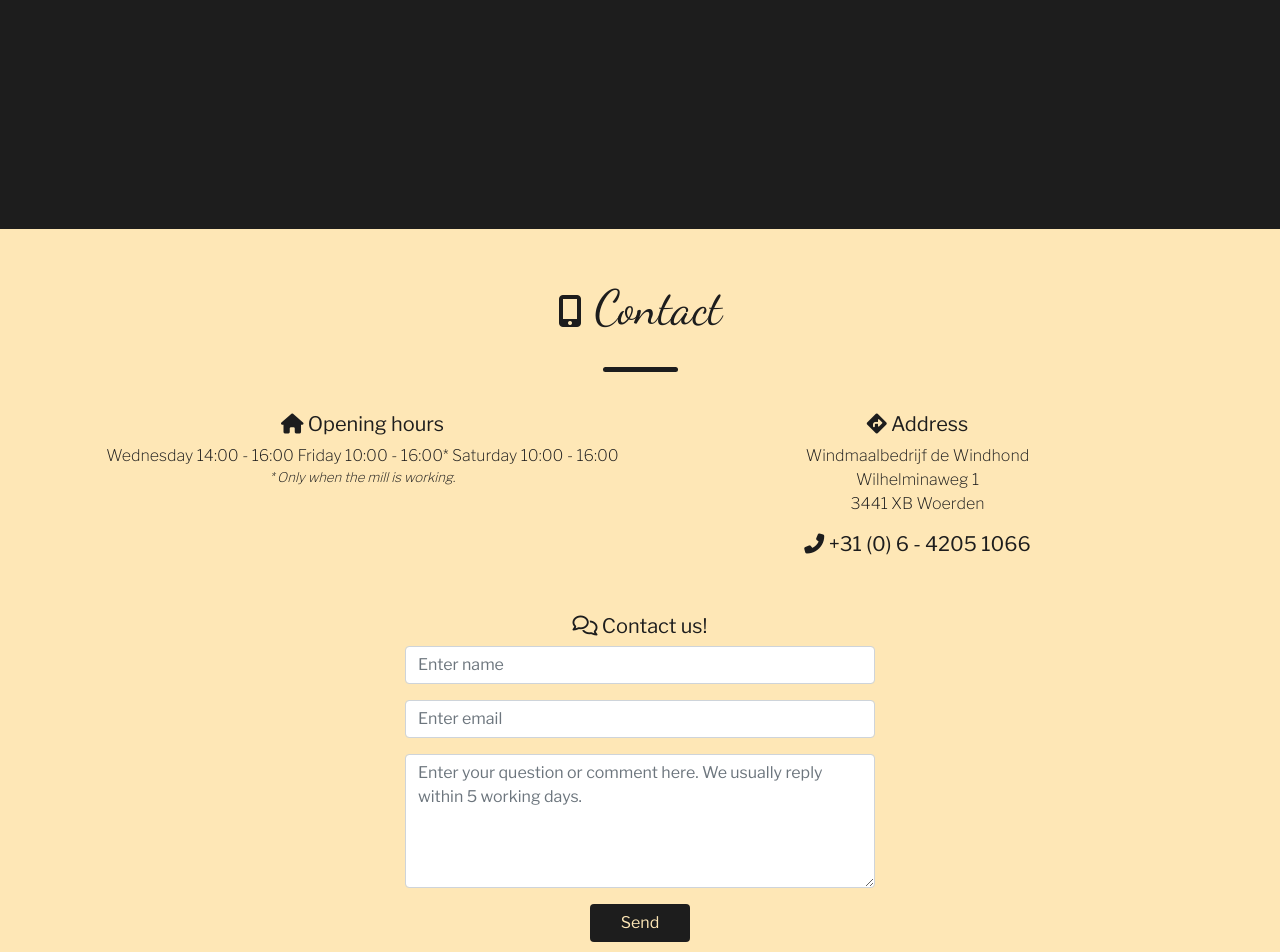
Repository: jdl208/DeWindhond
Page: index.html
The author's editor kept a record of every edit. The page is drawn from the files as they stood at one moment, then again after the next edit.
The browser window is 1280 px wide. The pictures show the part of the page from y = 2208 to 3160 px (the page is 3289 px tall).
Pictures or frames that could not be fetched are drawn as grey boxes. Some web libraries are served in a nearby version.

Above is the page before.

After the next edit:
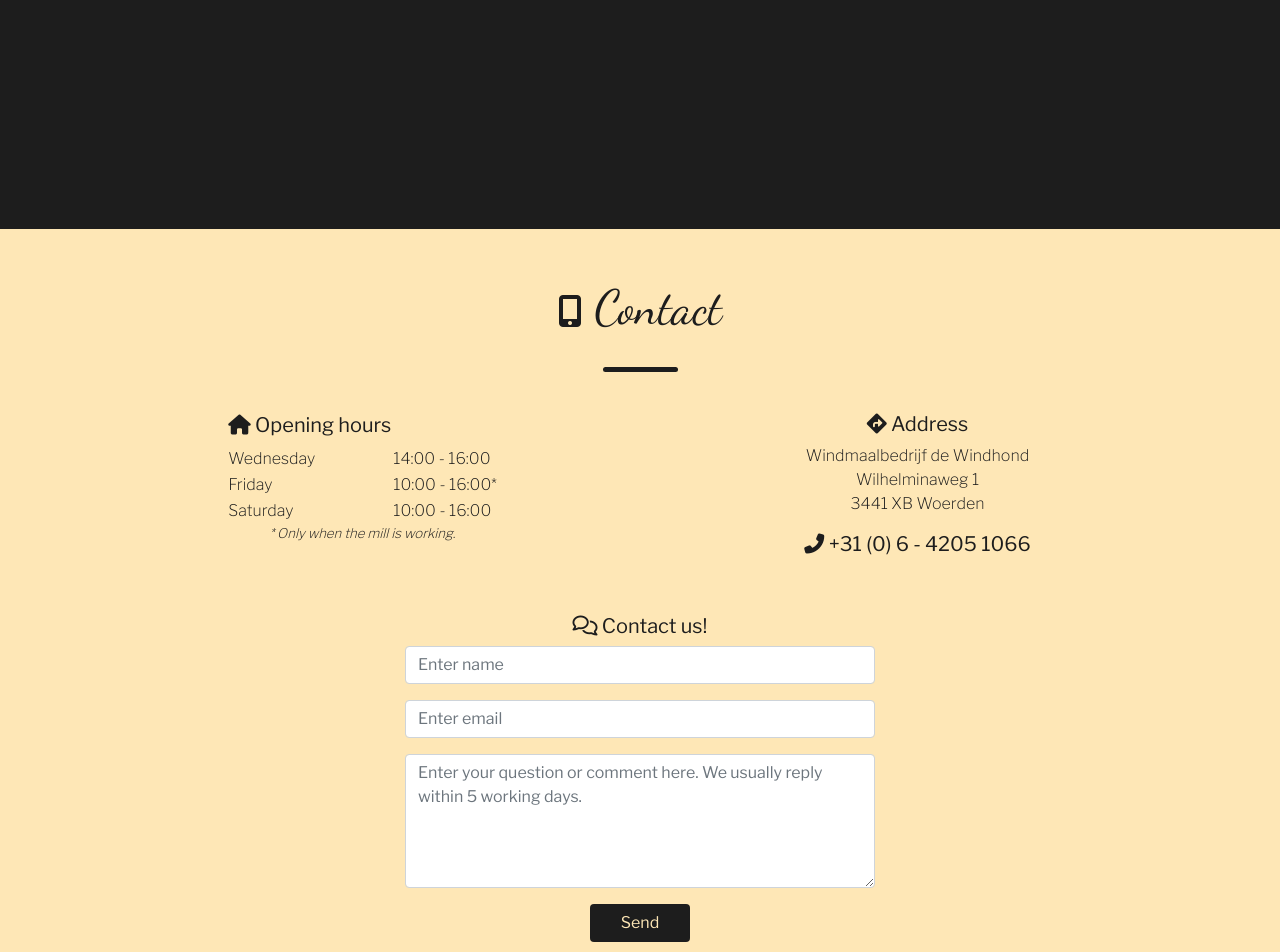
The edit:
--- a/index.html
+++ b/index.html
@@ -143,21 +143,22 @@
             <hr class="block-divider dark-divider">
             <div class="row">
                 <div class="col-md-6 contact_visiting">
-                    <th>
-                        <h5><i class="fas fa-home"></i> Opening hours</h5>
-                    </th>
-                    <tr>
-                        <td>Wednesday</td>
-                        <td>14:00 - 16:00</td>
-                    </tr>
-                    <tr>
-                        <td>Friday</td>
-                        <td>10:00 - 16:00*</td>
-                    </tr>
-                    <tr>
-                        <td>Saturday</td>
-                        <td>10:00 - 16:00</td>
-                    </tr>
+                    <table>
+                        <th>
+                            <h5><i class="fas fa-home"></i> Opening hours</h5>
+                        </th>
+                        <tr>
+                            <td>Wednesday</td>
+                            <td>14:00 - 16:00</td>
+                        </tr>
+                        <tr>
+                            <td>Friday</td>
+                            <td>10:00 - 16:00*</td>
+                        </tr>
+                        <tr>
+                            <td>Saturday</td>
+                            <td>10:00 - 16:00</td>
+                        </tr>
 
                     </table>
                     <p class="footnote_opening">* Only when the mill is working.</p>
